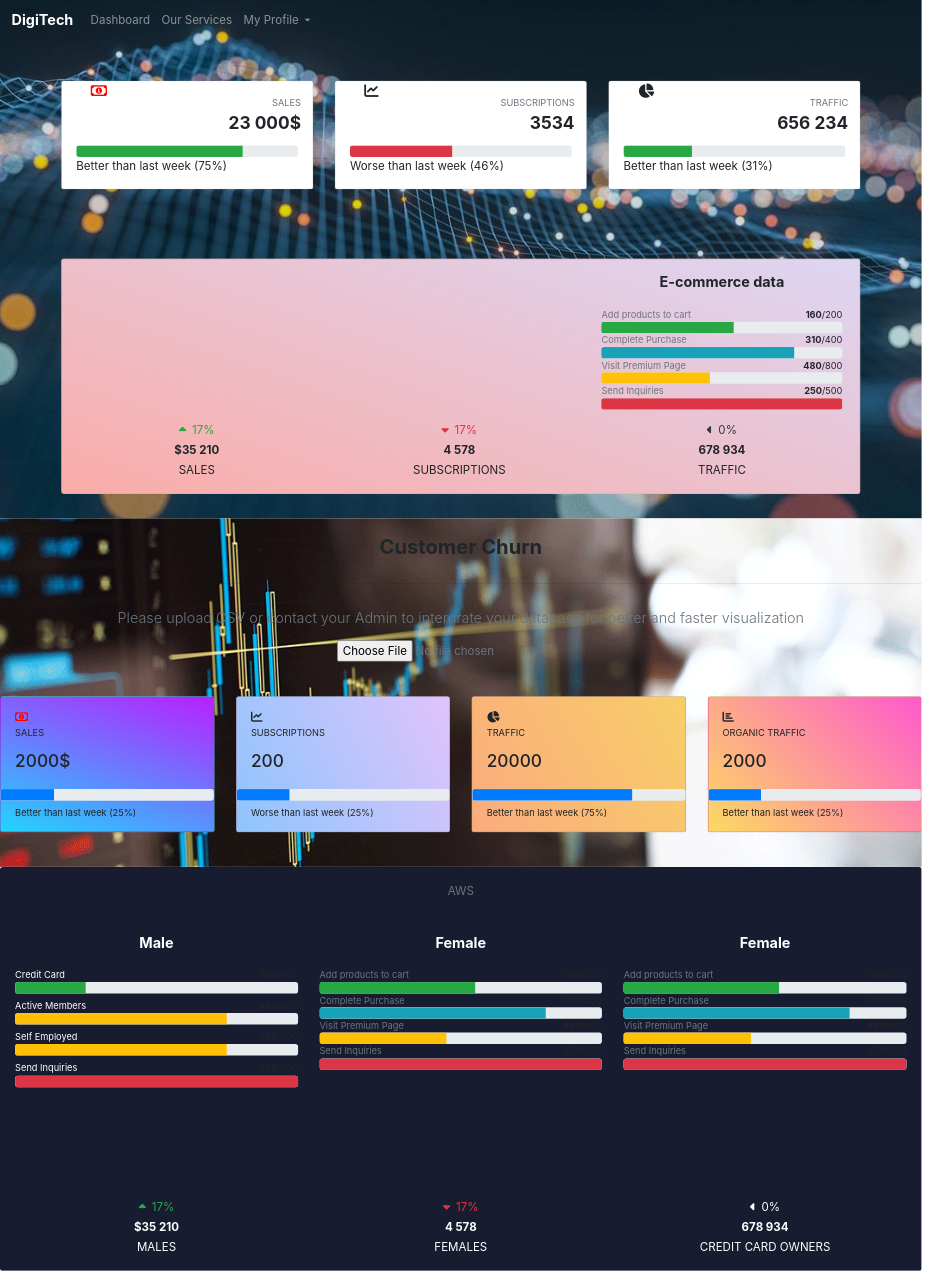
Repository: Tookliin/DigiTech
Page: /data
The author's editor kept a copy of each file at every save. The page is drawn from the files as they stood at one save, then again after the next save.
The browser window is 1280 px wide. The page is 1295 px wide, so the pictures cover 1295 px, including what lies to the right of the window. The pictures show the whole page, at 72% of full size.
The project was rebuilt for these pictures with package versions that can differ from the ones it lists, and the page was loaded fresh each time. Also part of the build but not shown: src/components/Dashboard.vue, src/components/Profile.vue, src/components/Error.vue, src/components/Register.vue.

Above is the page before, as saved 2020-07-22 09:37:50.

After the next save:
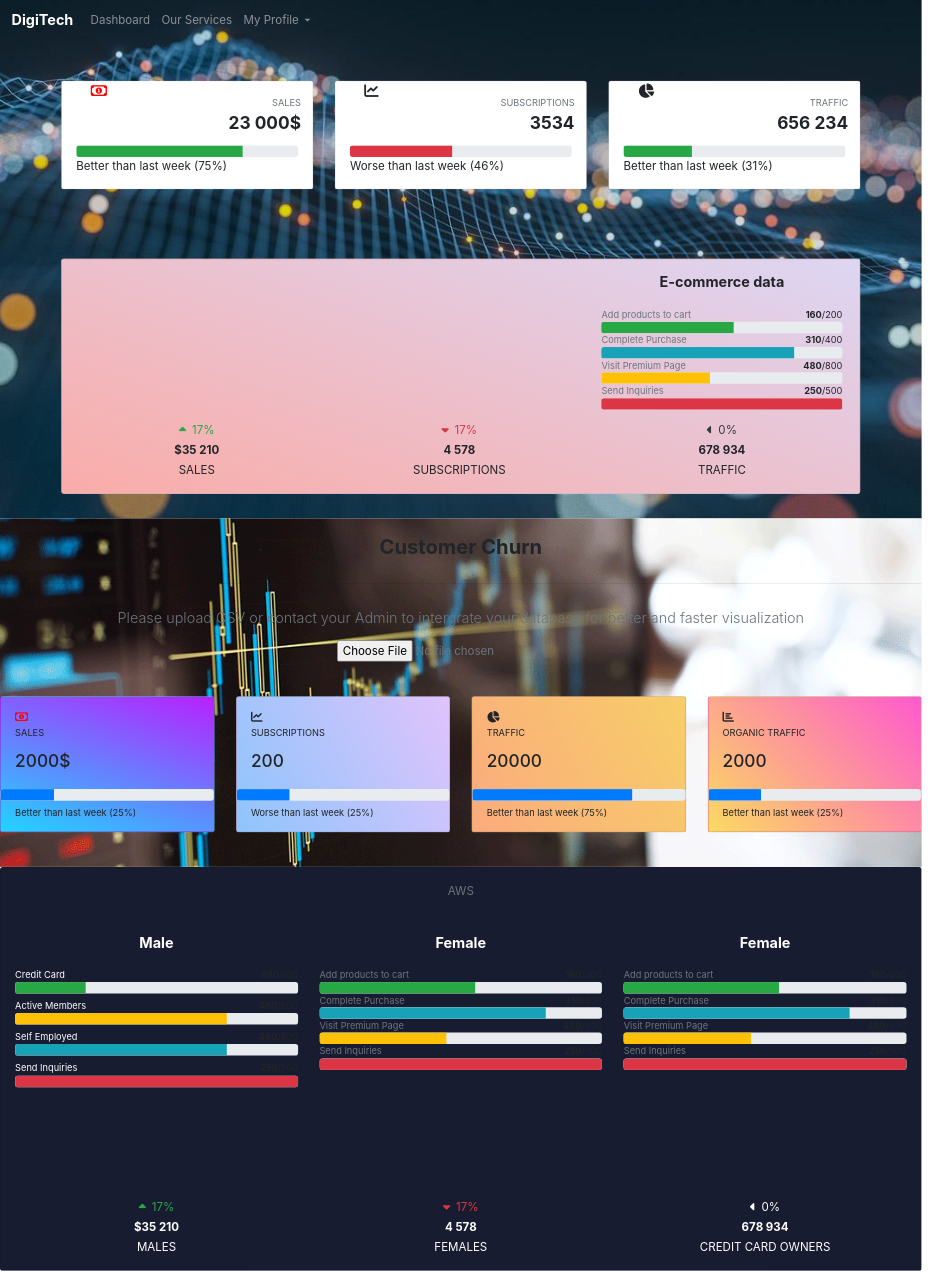
Saved 31 s later.
--- a/src/components/Organization.vue
+++ b/src/components/Organization.vue
@@ -255,7 +255,7 @@
             <small><span><strong>480</strong></span>/<span></span>800</small>
           </div>
           <div class="progress md-progress">
-            <div class="progress-bar bg-warning" role="progressbar" style="width: 75%" aria-valuenow="75"
+            <div class="progress-bar bg-info" role="progressbar" style="width: 75%" aria-valuenow="75"
               aria-valuemin="0" aria-valuemax="100"></div>
           </div>
 

After the save that followed:
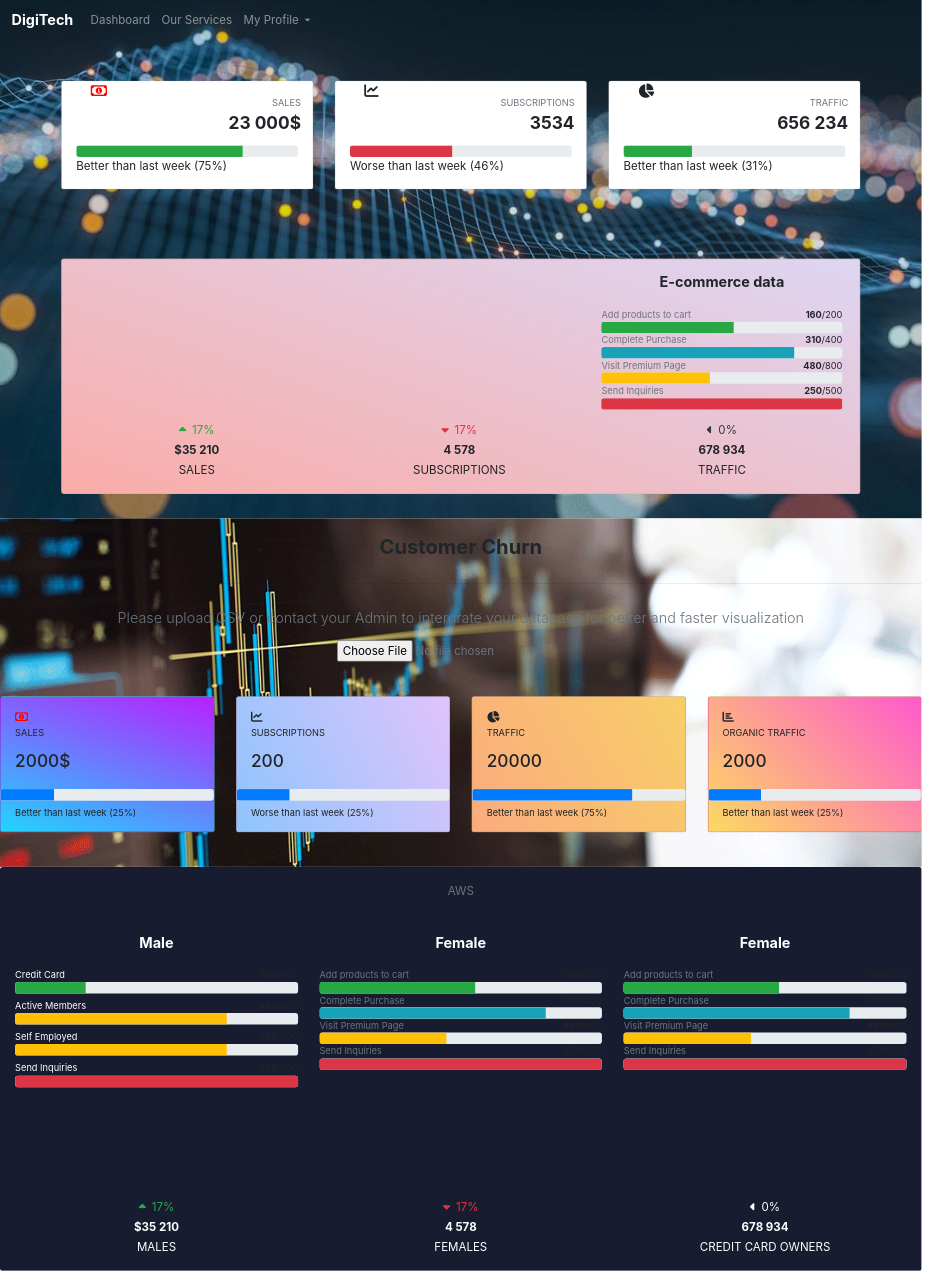
Saved 10 s later.
--- a/src/components/Organization.vue
+++ b/src/components/Organization.vue
@@ -255,7 +255,7 @@
             <small><span><strong>480</strong></span>/<span></span>800</small>
           </div>
           <div class="progress md-progress">
-            <div class="progress-bar bg-info" role="progressbar" style="width: 75%" aria-valuenow="75"
+            <div class="progress-bar bg-warning" role="progressbar" style="width: 75%" aria-valuenow="75"
               aria-valuemin="0" aria-valuemax="100"></div>
           </div>
 
